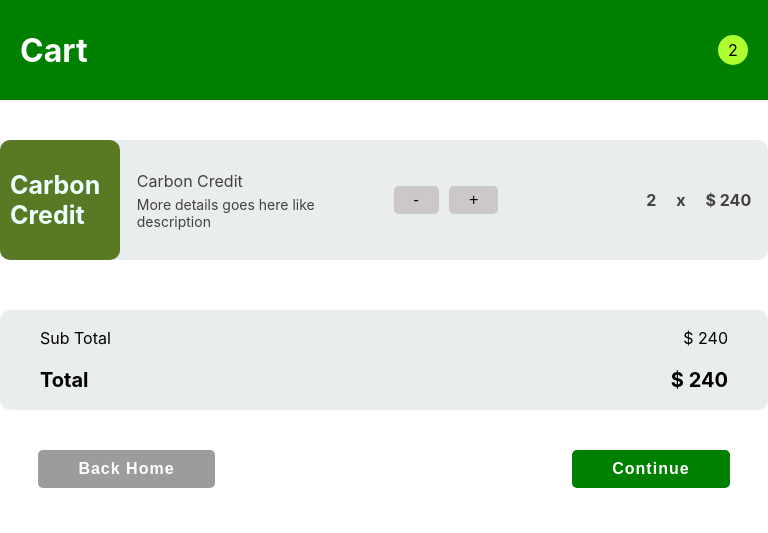
Repository: Yowani24/CarbonApp
Page: /cart
The author's editor kept a copy of each file at every save. The page is drawn from the files as they stood at one save, then again after the next save.
The browser window is 768 px wide. The pictures show the whole page.
The project was rebuilt for these pictures with package versions that can differ from the ones it lists, and the page was loaded fresh each time. The framework's server and built-in components were replaced by stand-ins that run in the browser. Also part of the build but not shown: next.config.js.

Above is the page before, as saved 2021-09-26 22:50:04.

After the next save:
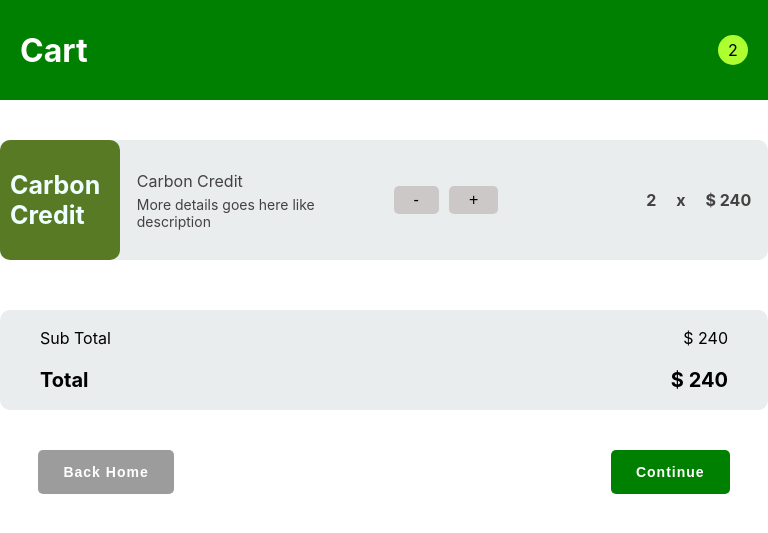
Saved 17 s later.
--- a/pages/cart/Cart.module.css
+++ b/pages/cart/Cart.module.css
@@ -237,4 +237,8 @@
         margin: 0 auto;
         margin-top: 40px;
     }
-}
+    .button_box button{
+        padding: 14px 25px;
+        font-size: 14px;
+    }
+}
